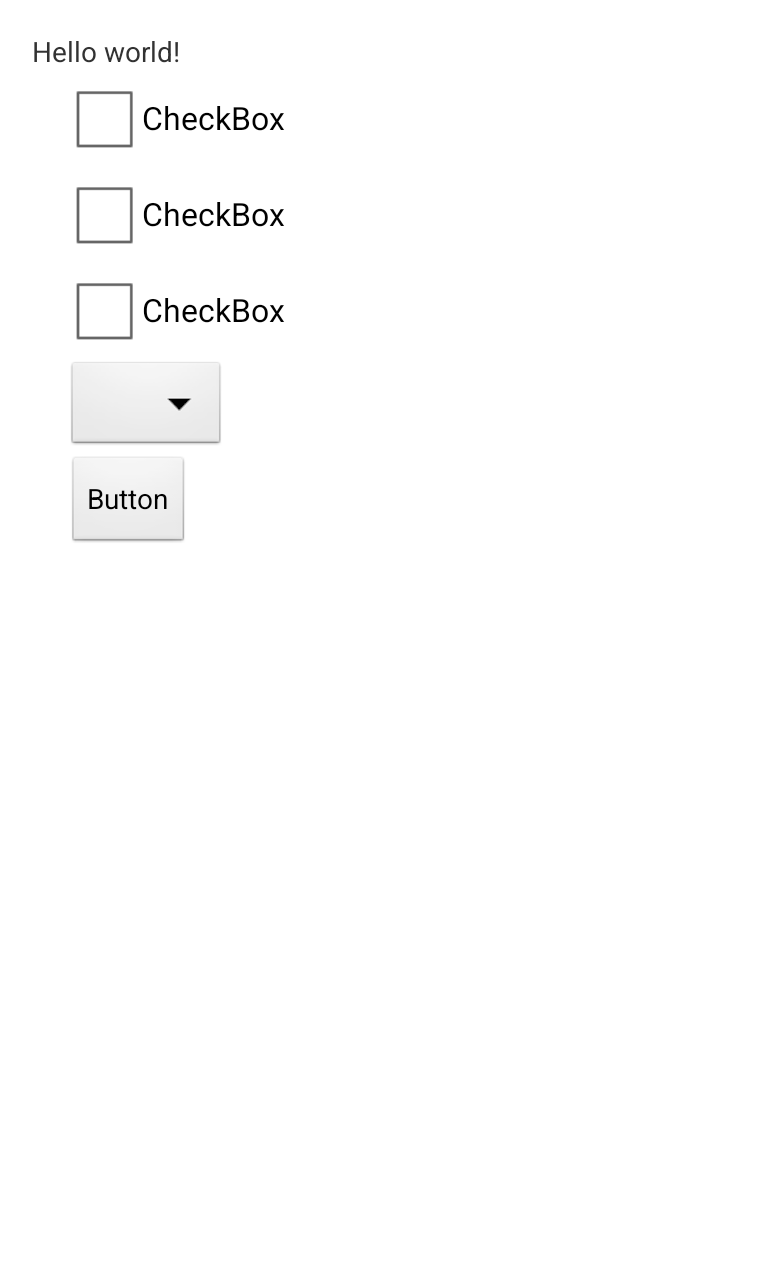
Repository: dkarpov/androidGO
Layout: IconTest/res/layout/activity_main.xml
An editor plug-in stored every save of this project. The layout is shown before and after the next save, followed by the edit.
It is drawn on a 768 x 1280 px phone screen (xhdpi) without system bars, with theme AppTheme; the app's code is not run.

Above is the layout before, as saved 2013-11-06 14:12:23.

After the next save:
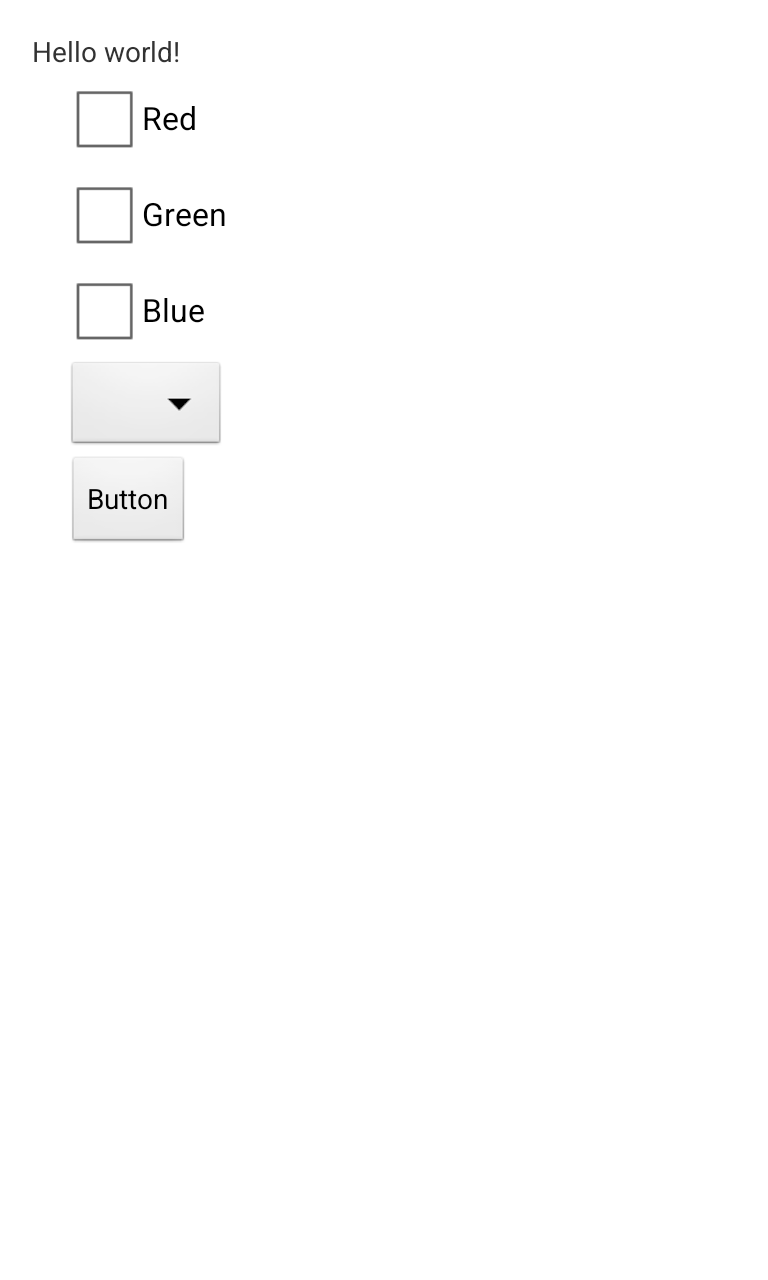
Saved 2 min 7 s later.
--- a/IconTest/res/layout/activity_main.xml
+++ b/IconTest/res/layout/activity_main.xml
@@ -21,7 +21,7 @@
         android:layout_alignLeft="@+id/textView1"
         android:layout_below="@+id/textView1"
         android:layout_marginLeft="17dp"
-        android:text="CheckBox" />
+        android:text="@string/check1" />
 
     <CheckBox
         android:id="@+id/checkBox2"
@@ -29,7 +29,7 @@
         android:layout_height="wrap_content"
         android:layout_alignLeft="@+id/checkBox1"
         android:layout_below="@+id/checkBox1"
-        android:text="CheckBox" />
+        android:text="@string/check2" />
 
     <CheckBox
         android:id="@+id/checkBox3"
@@ -37,7 +37,7 @@
         android:layout_height="wrap_content"
         android:layout_alignLeft="@+id/checkBox2"
         android:layout_below="@+id/checkBox2"
-        android:text="CheckBox" />
+        android:text="@string/check3" />
 
     <Spinner
         android:id="@+id/spinner1"
@@ -52,6 +52,6 @@
         android:layout_height="wrap_content"
         android:layout_alignLeft="@+id/spinner1"
         android:layout_below="@+id/spinner1"
-        android:text="Button" />
+        android:text="@string/btn" />
 
 </RelativeLayout>
